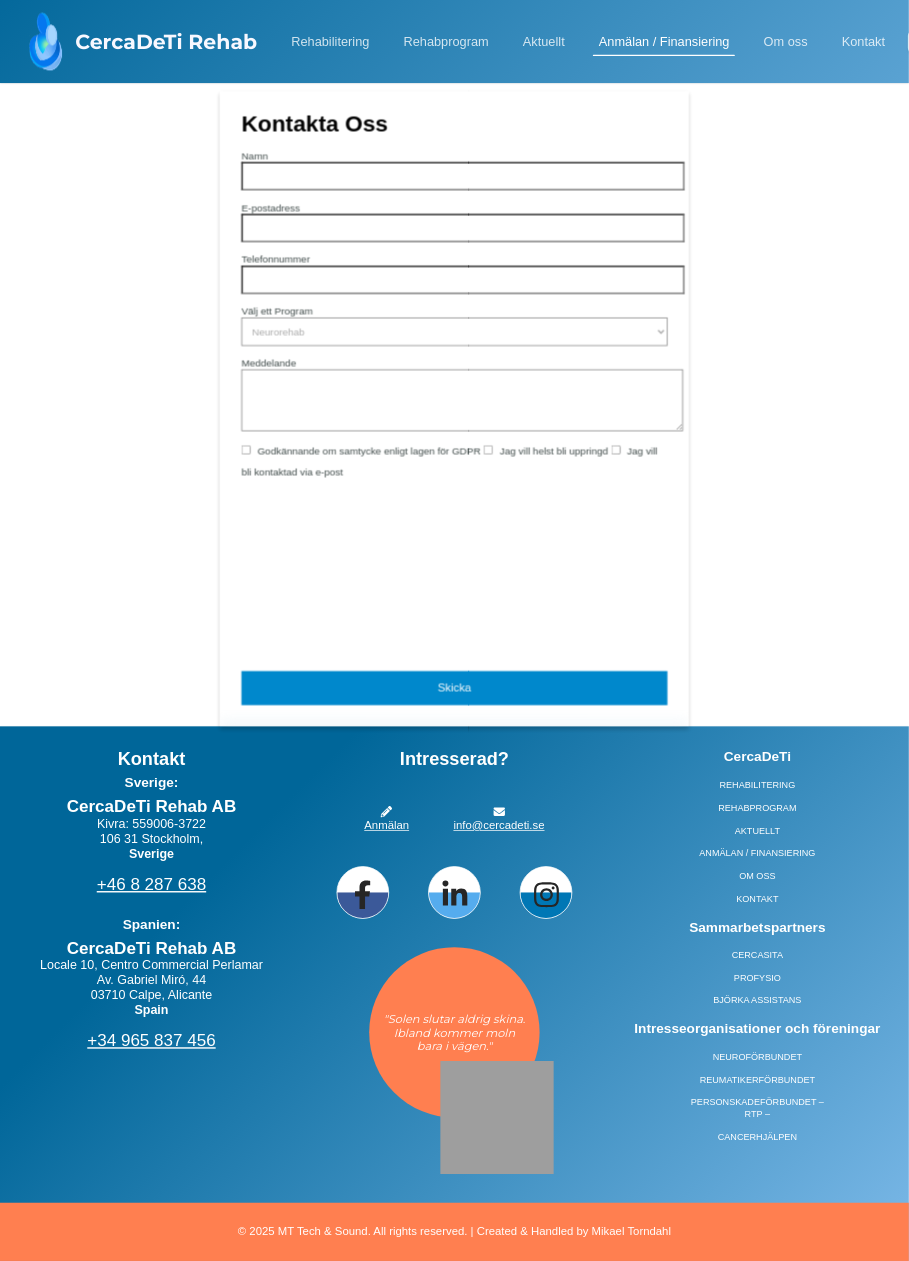
Repository: micketorndahl/CercaDeTi-rehab
Page: anmalan-form.html
These files come from the project's save history. The page is drawn as it stood at one moment and after the next save; the edit follows.
The browser window is 1280 px wide. The pictures show the whole page, at 71% of full size.
Pictures or frames that could not be fetched are drawn as grey boxes. The page's requests for data from a server got no answer. Some web fonts or font styles are not loaded; a fallback is used. Some web libraries are served in a nearby version.

Above is the page before, as saved 2025-02-01 18:35:40.
Console error: TypeError: Cannot read properties of null (reading 'addEventListener')

### anmalan-form.html
<!DOCTYPE html>
<html lang="en">
  <head>
    <meta charset="UTF-8" />
    <meta name="viewport" content="width=device-width, initial-scale=1.0" />

    <link
      rel="stylesheet"
      href="https://use.fontawesome.com/releases/v5.6.3/css/all.css"
      integrity="sha384-UHRtZLI+pbxtHCWp1t77Bi1L4ZtiqrqD80Kn4Z8NTSRyMA2Fd33n5dQ8lWUE00s/"
      crossorigin="anonymous"
    />

    <script src="https://cdnjs.cloudflare.com/ajax/libs/font-awesome/5.15.4/js/all.min.js"></script>

    <link rel="stylesheet" href="style.css" />
    <link rel="stylesheet" href="tailwind.css" />
    <title>CercaDeTi Rehab</title>
  </head>
  <body>
    <div class="site-container">
      <header class="header">
        <div class="logo-wrapper">
          <div class="logo">
            <div class="logo-and-text">
              <a href="index.html">
                <img src="/images/cropped-CDTR.gif" alt="Logo" />
                <h1 class="cercadeti">CercaDeTi Rehab</h1>
              </a>
            </div>
          </div>
        </div>

        <nav class="main-nav">
          <div class="nav-container">
            <ul>
              <li>
                <a href="rehabilitering.html">Rehabilitering</a>
              </li>
              <li><a href="rehabprogram.html">Rehabprogram</a></li>
              <li><a href="aktuellt.html">Aktuellt</a></li>
              <li>
                <a href="anmalan-finans.html" class="active"
                  >Anmälan / Finansiering</a
                >
              </li>
              <li><a href="om-oss.html">Om oss</a></li>
              <li><a href="kontakt.html">Kontakt</a></li>
            </ul>
          </div>
        </nav>

        <div class="social-container">
          <div class="social">
            <ul>
              <li>
                <a href="https://www.facebook.com/CercadetiRehab/"
                  ><i class="fab fa-facebook-f icon"></i
                ></a>
              </li>
              <li>
                <a href="https://www.linkedin.com/company/cercadeti-rehab-ab"
                  ><i class="fab fa-linkedin-in icon"></i
                ></a>
              </li>
              <li>
                <a href="https://www.instagram.com/cercadetirehab/"
                  ><i class="fab fa-instagram icon"></i
                ></a>
              </li>
            </ul>
          </div>
        </div>
      </header>

      <div class="content">
        <div class="form-container">
          <form class="contact-form">
            <h2>Kontakta Oss</h2>

            <label for="name">Namn</label>
            <input type="text" id="name" name="name" required />

            <label for="email">E-postadress</label>
            <input type="email" id="email" name="email" required />

            <label for="phone">Telefonnummer</label>
            <input type="tel" id="phone" name="phone" required />

            <label for="program">Välj ett Program</label>
            <select id="program" name="program" required>
              <option value="neurorehab">Neurorehab</option>
              <option value="reumarehab">Reumarehab</option>
              <option value="cancerrehab">Cancerrehab</option>
              <option value="stressrehab">Stressrehab</option>
              <option value="närståendeprogram">Närståendeprogram</option>
            </select>

            <label for="message">Meddelande</label>
            <textarea id="message" name="message" rows="4" required></textarea>

            <div class="checkbox-container">
              <input type="checkbox" id="gdpr" name="gdpr" required />
              <label for="gdpr"
                >Godkännande om samtycke enligt lagen för GDPR</label
              >

              <input type="checkbox" id="call" name="call" />
              <label for="call">Jag vill helst bli uppringd</label>

              <input type="checkbox" id="emailContact" name="emailContact" />
              <label for="emailContact"
                >Jag vill bli kontaktad via e-post</label
              >
            </div>

            <p class="info-text">
              Du är alltid välkommen att kontakta oss. Dina uppgifter hanteras
              enligt vår Integritetspolicy och samtycke enligt GDPR när du
              sänder information till oss.
            </p>

            <button type="submit" class="submit-btn">Skicka</button>
          </form>
        </div>
      </div>

      <!-- FOOTER START -->
      <footer class="footer-container">
        <div class="footer-top">
          <div class="footarea1 footer-shared">
            <h3>Kontakt</h3>

            <address class="address-shared address-se">
              <h5>Sverige:</h5>
              <strong
                ><span class="address-company-name"
                  >CercaDeTi Rehab AB</span
                ></strong
              ><br />
              <span class="address-location">Kivra: 559006-3722</span><br />
              <span class="address-city">106 31 Stockholm,</span><br />
              <span class="address-country"
                ><strong>Sverige</strong><br
              /></span>
              <br />
              <span class="telephone"
                ><a href="tel:+468287638">+46 8 287 638</a></span
              >
            </address>

            <div class="address-shared address-es">
              <address>
                <h5>Spanien:</h5>
                <strong
                  ><span class="address-company-name"
                    >CercaDeTi Rehab AB</span
                  > </strong
                ><br />
                <span class="address-location"
                  >Locale 10, Centro Commercial Perlamar</span
                ><br />
                <span class="address-street">Av. Gabriel Miró, 44</span><br />
                <span class="address-city">03710 Calpe, Alicante<br /></span>
                <span class="address-country"
                  ><strong>Spain</strong><br
                /></span>
                <br />
                <span class="telephone"
                  ><a href="tel:+34965837456">+34 965 837 456</a></span
                >
              </address>
            </div>
          </div>
          <div class="footarea2 footer-shared">
            <h3>Intresserad?</h3>
            <div class="footarea2-links">
              <a href=""><i class="fas fa-pencil-alt"></i> Anmälan</a>
              <a href="mailto:info@cercadeti.se"
                ><i class="fas fa-envelope"></i> info@cercadeti.se</a
              >
            </div>
            <div class="social-footer">
              <ul>
                <li>
                  <a href="https://www.facebook.com/CercadetiRehab/">
                    <i class="fab fa-facebook-f icon"></i>
                  </a>
                </li>

                <li>
                  <a href="https://www.linkedin.com/company/cercadeti-rehab-ab"
                    ><i class="fab fa-linkedin-in icon"></i
                  ></a>
                </li>
                <li>
                  <a href="https://www.instagram.com/cercadetirehab/"
                    ><i class="fab fa-instagram icon"></i
                  ></a>
                </li>
              </ul>
            </div>
            <div class="image-container-footer">
              <div class="image-wrapper">
                <p class="footer-quote">
                  "Solen slutar aldrig skina. Ibland kommer moln bara i vägen."
                </p>
                <img src="images/weelchair.icon.png" alt="wheelchair-icon" />
              </div>
            </div>
          </div>
          <div class="footarea3 footer-shared">
            <nav class="footer-nav">
              <div class="link-column1">
                <h4>CercaDeTi</h4>
                <ul>
                  <li><a href="rehabilitering.html">Rehabilitering</a></li>
                  <li><a href="rehabprogram.html">Rehabprogram</a></li>
                  <li><a href="aktuellt.html">Aktuellt</a></li>
                  <li>
                    <a href="anmalan-finans.html">Anmälan / Finansiering</a>
                  </li>
                  <li><a href="om-oss.html">Om oss</a></li>
                  <li><a href="kontakt.html">Kontakt</a></li>
                </ul>
              </div>

              <div class="link-column2">
                <h4>Sammarbetspartners</h4>
                <ul>
                  <li><a href="https://cercasita.com/">Cercasita</a></li>
                  <li><a href="https://profysio.es/">ProFysio</a></li>
                  <li>
                    <a href="https://www.bjorka-assistans.se/"
                      >Björka Assistans</a
                    >
                  </li>
                </ul>
              </div>

              <div class="link-column3">
                <h4>Intresseorganisationer och föreningar</h4>
                <ul>
                  <li><a href="https://neuro.se/">Neuroförbundet</a></li>
                  <li>
                    <a href="https://reumatiker.se/">Reumatikerförbundet</a>
                  </li>
                  <li>
                    <a href="https://rtp.se/">Personskadeförbundet – RTP – </a>
                  </li>
                  <li>
                    <a href="http://www.cancerhjalpen.se/">Cancerhjälpen</a>
                  </li>
                </ul>
              </div>
            </nav>
          </div>
        </div>
        <div class="footer-bottom">
          <div class="copyright">
            &copy; 2025 MT Tech &amp; Sound. All rights reserved. | Created
            &amp; Handled by Mikael Torndahl
          </div>
          <div class="additional-info"></div>
        </div>
      </footer>
      <!-- FOOTER END -->
    </div>
    <!-- SCRIPT SRCS -->
    <script src="js/script.js"></script>
    <script src="js/weather-api.js"></script>
  </body>
</html>

### style.css
@import url("css/reset.css");
@import url("css/standard.css");
@import url("css/variables.css");
@import url("css/typography.css");
@import url("css/layout.css");
@import url("css/navigation.css");
@import url("css/post.css");
@import url("css/footer.css");
@import url("css/searchbox.css");
@import url("css/page-templates.css");
@import url("css/mq-tablet.css");
@import url("css/mq-phone.css");
@import url("css/effects.css");

### css/standard.css
/*
/* STANDARD
*/

html {
  scroll-behavior: smooth;
}

a {
  text-decoration: none;
}

[class*="fa"]:not([class*="fab"]) {
  display: block;
  margin: 0 auto;
  padding: 0.2rem;
}

### css/typography.css
/*
/* HEADLINES
*/

body {
  background-color: var(--white);
  color: var(--gray-paragraph);
  font-style: normal;
}

.content p,
.container-index p {
  font-size: 1.5rem;
  font-weight: 300;
  white-space: pre-wrap;
  text-align: center;
  margin: 0.5rem;
  word-wrap: break-word;
  line-height: 1.5;
}

body,
.content p,
container-index p,
.address-company-name,
address span,
h1,
h2,
h3,
h4,
h5,
h6 {
  font-family: var(--font-secondary), sans-serif;
  margin: 0;
  padding: 0;
}

h1,
h2,
h3,
h4,
h5,
h6 {
  font-weight: bold;
}

h1 {
  font-size: 2rem;
}
h2 {
  font-size: calc(5rem + 1vw);
}

h3 {
  font-size: 1.6rem;
  color: var(--white);
  margin-bottom: 0.5rem;
}
h4 {
  font-size: 1.2rem;
  color: var(--white);
  margin-bottom: 0.5rem;
}
h5 {
  font-size: 1.2rem;
  font-style: normal;
  padding: 0;
}
h6 {
  font-size: 1rem;
}

.banner-content h2 {
  font-family: var(--font-ten), sans-serif;
  font-size: 6rem;
  font-style: bold;
  line-height: 1.2;
  margin-top: 0.5rem;
  color: var(--white);
}

.address-company-name {
  font-size: 1.5rem;
  font-weight: bold;
  font-style: normal;
}

address span {
  font-style: normal;
  font-size: 1.1rem;
  font-weight: 400;
  margin: 0;
  padding: 0;
}

### css/layout.css
/*
/* LAYOUT
*/

.site-container {
  flex: 1;
  display: flex;
  flex-direction: column;
  margin: 0 auto;
  width: 100%;
}

.header {
  background: linear-gradient(
    135deg,
    var(--color-quaternary) 25%,
    var(--color-tertiary) 100%
  );
  background-size: 200% 100%;
  display: flex;
  justify-content: space-between;
  align-items: center;
  margin: 0;
  z-index: 1000;
  width: 100%;
  position: fixed;
  box-shadow: 0 1px 3px rgba(0, 0, 0, 0.1), 0 1px 2px rgba(0, 0, 0, 0.06);
  animation: shineEffect 7s infinite linear;
}

.header > div {
  flex: 1; /* Makes each section take up equal space */
}

.logo-wrapper {
  display: flex;
  flex-direction: row;
  justify-content: center;
  flex-grow: 1;
  flex-shrink: 0;
  position: relative;
  animation: shineEffect 4s ease-in-out infinite;
}

@keyframes shineEffect {
  0% {
    background-position: 0% 50%;
    box-shadow: 0 0 10px var(--background-color-blue);
  }
  50% {
    background-position: 100% 50%;
    box-shadow: 0 0 20px var(--background-color-light-blue);
  }
  100% {
    background-position: 0% 50%;
    box-shadow: 0 0 10px var(--background-color-blue);
  }
}

.logo {
  display: flex;
  flex-direction: row;
  align-items: center;
  padding: 0;
}

.logo img {
  width: 50px;
  height: 85px;
  transition: transform 0.3s ease-in-out, filter 0.3s ease-in-out;
  padding: 0 1rem;
}

.logo img {
  animation: pulse 2.5s infinite;
}

@keyframes pulse {
  0%,
  100% {
    transform: scale(1);
    filter: brightness(1) hue-rotate(0deg) saturate(1);
  }
  50% {
    transform: scale(1.05);
    filter: brightness(1.1) hue-rotate(10deg) saturate(1.3);
  }
}

.logo-and-text {
  display: flex;
  flex-direction: row;
  justify-content: center;
  align-items: center;
  margin: 0;
  padding: 1rem 1.5rem;
}

.logo-and-text a {
  display: flex;
  flex-direction: row;
  align-items: center;
}

h1.cercadeti {
  font-family: var(--font-eight), sans-serif;
  font-size: 1.8rem;
  font-weight: 700;
  color: var(--ghost-white);
  white-space: nowrap;
}

.ctas-container {
  display: flex;
  justify-content: center;
  align-items: center;
}

.button-CTA {
  background-color: var(--color-secondary);
  padding: 1rem 2.6rem;
  border-radius: 3rem;
  box-shadow: rgba(0, 0, 0, 0.1) 0 2px 4px;
  color: #ffffff;
  font-family: Pontano Sans, sans-serif;
  font-size: 1rem;
  font-weight: 500;
  outline: 0;
  text-align: center;
  text-transform: uppercase;
  text-decoration: none;
  margin: 2rem 0.5rem;
  border: 0;
  cursor: pointer;
  transition: all 0.3s ease-in-out;
  position: relative;
  z-index: 1;
  transform-origin: center;
}

/* First button: Transparent effect on hover */
.button-CTA:nth-of-type(1) {
  background-color: var(--color-primary);
}

.button-CTA:nth-of-type(1):hover {
  background-color: rgba(227, 227, 227, 0.1);
  color: white;
  /* Use outline instead of border */
  outline: 1px solid var(--color-primary); /* Or 2px as you prefer */
  outline-offset: -1px; /* Adjust if needed to make outline appear as border */
  box-shadow: rgba(0, 0, 0, 0.2) 0 4px 8px;
  transform: scale(1.05);
}

/* Second button: More vibrant on hover */
.button-CTA:nth-of-type(2) {
  background-color: var(--color-secondary);
}

.button-CTA:nth-of-type(2):hover {
  background-color: #ff5722;
  box-shadow: rgba(0, 0, 0, 0.25) 0 6px 12px;
  /* Scale on hover */
  transform: scale(1.05); /* Adjust scale factor as desired */
}

.button-CTA:active {
  transform: translateY(1px) scale(0.95); /* Scale down slightly on active */
  box-shadow: rgba(0, 0, 0, 0.1) 0 2px 4px;
}

.banner {
  position: relative;
  display: flex;
  flex-direction: column;
  min-height: 100vh;
  background-image: url(../images/banner-index.jpg);
  background-repeat: no-repeat;
  background-size: cover;
  background-attachment: fixed;
  background-position: center top;
  padding-top: 100px;
}

.banner::before {
  content: "";
  position: absolute;
  top: 0;
  left: 0;
  width: 100%;
  height: 60%; /* Only darken the top part */
  background: linear-gradient(to bottom, rgba(0, 0, 0, 0.6), rgba(0, 0, 0, 0));
  z-index: 1;
}

#banner-aktuellt {
  background-image: url(../images/banner-aktuellt.jpg);
}

#banner-anmalan-finans {
  background-image: url(../images/banner-anmalan-finans.jpg);
}

#banner-kontakt {
  background-image: url(../images/rehab10.jpg);
  background-position: center center;
}

#banner-om-oss {
  background-image: url(../images/rehab11.jpg);
  background-position: center center;
}

#banner-rehabilitering {
  background-image: url(../images/banner-rehabilitering.jpg);
}

.banner-content {
  position: relative;
  z-index: 2; /* Ensures the text appears above the dark overlay */
  display: flex;
  flex-direction: column;
  justify-content: space-around;
  align-items: center;
}

.slogan {
  padding: 5rem;
  color: var(--white);
  text-align: center;
}

.content {
  width: 60%;
  margin: 0 auto;
  display: flex;
  align-items: center; /* Vertically center grid items */
  justify-content: center; /* Horizontally align items */
}

.content-3col {
  display: grid;
  grid-template-columns: 1fr 3fr 1fr; /* Left Sidebar - Main Content - Right Sidebar */
  grid-template-rows: auto; /* Allow content to dictate height */
  grid-template-areas: "left main right"; /* Define named grid areas */
}

section.main {
  grid-column:
  display: flex;
  flex-direction: column;
  text-align: center;
  background: var(--white);

}

section.main h2 {
  font-size: 3rem;
  color: var(--text-dark);
}

aside {
  display: flex;
  flex-direction: column;
  justify-content: center;
  align-items: center;
}

aside.sidebar-left {
  grid-column: 1;
  display: flex;
  align-items: center; /* Vertically center content */
  justify-content: center; /* Horizontally center content */
}

aside.sidebar-right {
  grid-column: 3;
  display: flex;
  align-items: center;
  justify-content: center; /* Ensures vertical centering */
}

aside h3 {
  color: var(--text-dark);
}

.form-container {
  background: var(--ghostwhite);
  backdrop-filter: blur(10px);
  margin-top: 8rem;
  padding: 30px;
  border-radius: var(--border-radius);
  width: 100%;
  max-width: 600px;
  box-shadow: 0 4px 6px rgba(0, 0, 0, 0.2);
  transition: transform 0.3s ease-in-out;
}

.form-container:hover {
  transform: translateY(-10px);

}

.contact-form h2 {
  font-size: 2rem;
  margin-bottom: 20px;
  color: var(--black);
}

label {
  font-size: 14px;
  margin-bottom: 5px;
  color: var(--ghostwhite);
}

input, select, textarea {
  width: 100%;
  padding: 10px;
  margin-bottom: 15px;
  border: 1px solid rgba(255, 255, 255,);
  border-radius: var(--border-radius);
  background: var(--ghostwhite);
  color: var(--darkgray);
  font-size: 14px;
  outline: none;
}

input[type="checkbox"] {
  width: auto;
  margin-right: 5px;
}

textarea {
  resize: vertical;
}

.checkbox-container {
  margin-bottom: 20px;
}

.info-text {
  color: var(--white);
  font-size: 12px;
  margin-bottom: 20px;
}

.submit-btn {
  background-color: var(--color-primary);
  color: var(--white);
  border: none;
  padding: 15px;
  font-size: 16px;
  width: 100%;
  border-radius: var(--border-radius);
  cursor: pointer;
  transition: background-color 0.3s ease;
}

.submit-btn:hover {
  background-color: darken(var(--color-primary), 10%);
}

### css/navigation.css
/* NAV */

.main-nav {
  display: flex;
  justify-content: center;
  align-items: center;
  padding: 0;
  flex-grow: 0;
  flex-shrink: 0;
}

nav.main-nav ul {
  display: flex;
  margin: 0;
  padding: 0;
}

nav.main-nav ul li {
  list-style: none;
  margin: 0 1rem;
}

.main-nav a {
  position: relative;
  display: inline-block;
  padding: 0.5rem;
  text-decoration: none;
  transition: color 0.2s ease-in-out;
}

nav.main-nav ul li a {
  font-family: var(--font-secondary), sans-serif;
  font-size: 18px;
  font-weight: 400;
  line-height: 1rem;
  /* Slightly darker default color */
  color: var(--dullwhite);
  text-decoration: none;
  transition: all 0.4s ease-in-out;
}

nav.main-nav ul li a:hover {
  color: var(--white); /* Brighter on hover */
}

nav.main-nav ul li a.active {
  color: var(--white); /* Brightest when active */
}

nav.main-nav ul li a.active::after {
  content: "";
  position: absolute;
  left: 0;
  bottom: -4px;
  width: 100%;
  height: 1px; /* Adjusted height here */
  background-color: var(--white);
  border-radius: 2px;
  transition: transform 0.3s ease, background-color 0.3s ease;
}

/* Hover underline that grows from the left */
nav.main-nav ul li a::after {
  content: "";
  position: absolute;
  left: 0;
  bottom: -4px;
  width: 0;
  height: 1px;
  background-color: var(--white);
  border-radius: 2px;
  transition: width 0.6s ease, background-color 0.6s ease;
  opacity: 0;
}

nav.main-nav ul li a:hover::after {
  width: 100%;
  opacity: 1;
  height: 1px;
}

/* Active link styles */
nav.main-nav ul li a.active::after {
  width: 100%;
  height: 2px; /* Adjusted height here */
  opacity: 1;
}

.social-container {
  display: flex;
  justify-content: center;
  align-items: center;
  flex-grow: 1;
  flex-shrink: 1;
}

.social ul {
  display: flex;
  justify-content: space-evenly;
  margin: 0;
}

.social li {
  margin: 0.5rem;
}

.ctas-container {
  display: flex; /* Aligns buttons side by side */
  justify-content: center;
  align-items: center;
}

### css/post.css
/*
/* POST */
/*

### css/searchbox.css
/*
/* SEARCHBOX */
/*

### css/mq-tablet.css
/*
/* MQ-TABLET */
/*

### css/mq-phone.css
/*
/* MQ-PHONE*/
/*

Loaded but not shown: tailwind.css (library); js/script.js (117 lines, source omitted); js/weather-api.js (90 lines, source omitted); css/page-templates.css (379 lines, source omitted); css/reset.css (364 lines, source omitted); css/effects.css (235 lines, source omitted); css/variables.css (74 lines, source omitted); css/footer.css (189 lines, source omitted)

After the next save:
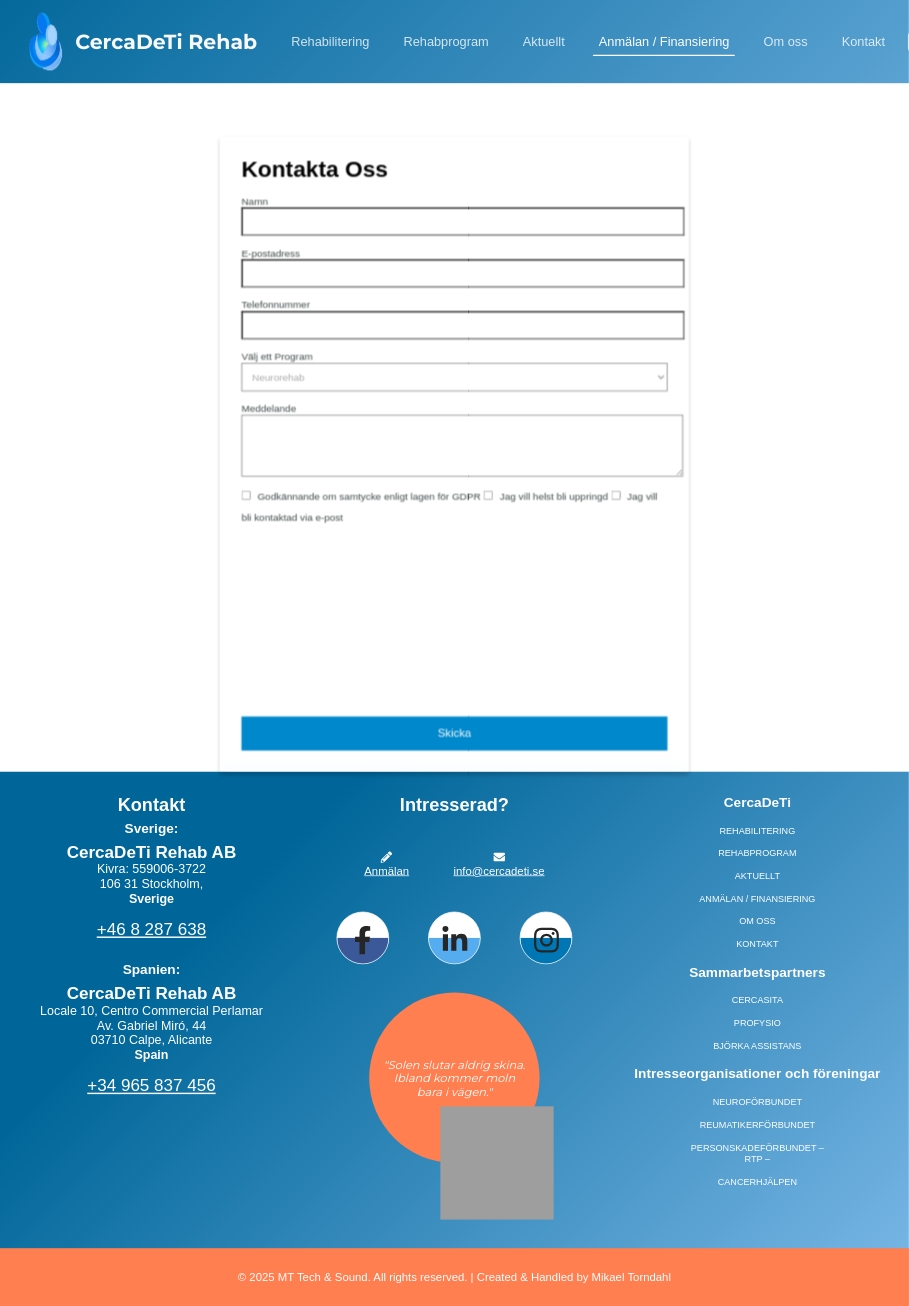
Saved 5 s later.
--- a/css/layout.css
+++ b/css/layout.css
@@ -288,7 +288,7 @@
 .form-container {
   background: var(--ghostwhite);
   backdrop-filter: blur(10px);
-  margin-top: 8rem;
+  margin-top: 12rem;
   padding: 30px;
   border-radius: var(--border-radius);
   width: 100%;
